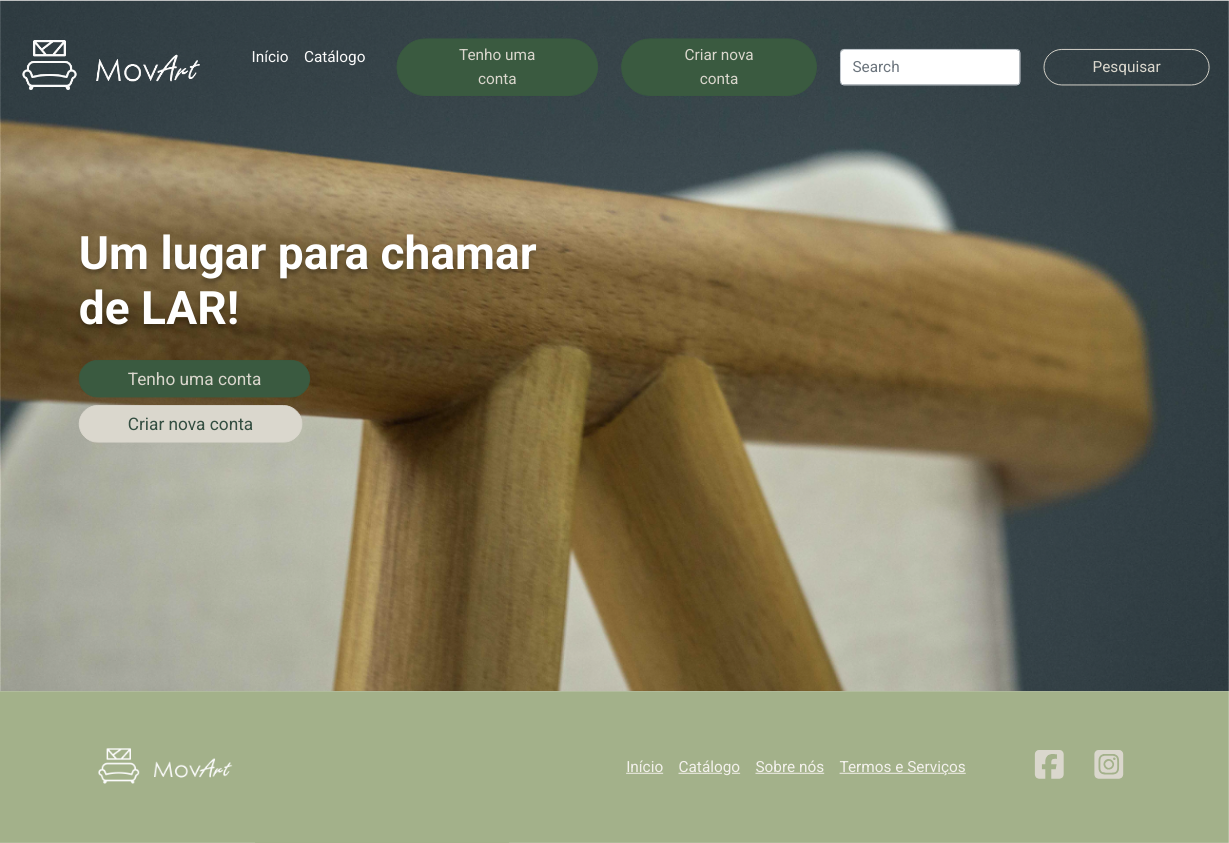
Repository: telesbp/Projeto-4-e-Projeto-5
Page: / (app in front-end/)
These files come from the project's save history. The page is drawn as it stood at one moment and after the next save; the edit follows.
The browser window is 1280 px wide. The pictures show the whole page, at 96% of full size.
The project was rebuilt for these pictures with package versions that can differ from the ones it lists, and the page was loaded fresh each time.

Above is the page before, as saved 2022-07-19 19:17:12.

### front-end/public/index.html
<!DOCTYPE html>
<html lang="pt-BR">
  <head>
    <meta charset="utf-8" />
    <link rel="icon" href="%PUBLIC_URL%/favicon.ico" />
    <meta name="viewport" content="width=device-width, initial-scale=1" />
    <meta name="theme-color" content="#000000" />
    <meta
      name="description"
      content="Seu negócio automatizado!"
    />
    <link rel="apple-touch-icon" href="%PUBLIC_URL%/logo192.png" />
    <!--
      manifest.json provides metadata used when your web app is installed on a
      user's mobile device or desktop. See https://developers.google.com/web/fundamentals/web-app-manifest/
    -->
    <link rel="manifest" href="%PUBLIC_URL%/manifest.json" />
    <!--
      Notice the use of %PUBLIC_URL% in the tags above.
      It will be replaced with the URL of the `public` folder during the build.
      Only files inside the `public` folder can be referenced from the HTML.

      Unlike "/favicon.ico" or "favicon.ico", "%PUBLIC_URL%/favicon.ico" will
      work correctly both with client-side routing and a non-root public URL.
      Learn how to configure a non-root public URL by running `npm run build`.
    -->
    <title>Stagio</title>

    <link rel="preconnect" href="https://fonts.googleapis.com">
    <link rel="preconnect" href="https://fonts.gstatic.com" crossorigin>
    <link href="https://fonts.googleapis.com/css2?family=Roboto:wght@400;700&display=swap" rel="stylesheet">
  </head>
  <body>
    <noscript>You need to enable JavaScript to run this app.</noscript>
    <div id="root"></div>
    <!--
      This HTML file is a template.
      If you open it directly in the browser, you will see an empty page.

      You can add webfonts, meta tags, or analytics to this file.
      The build step will place the bundled scripts into the <body> tag.

      To begin the development, run `npm start` or `yarn start`.
      To create a production bundle, use `npm run build` or `yarn build`.
    -->
  </body>
</html>

### front-end/src/index.tsx
import React from 'react';
import ReactDOM from 'react-dom/client';
import App from './App';
import 'bootstrap/dist/css/bootstrap.min.css';
import { BrowserRouter } from 'react-router-dom';
import 'react-toastify/dist/ReactToastify.css';
import { ToastContainer } from 'react-toastify';
import { GlobalStyle } from './assets/css/global';

const root = ReactDOM.createRoot(
  document.getElementById('root') as HTMLElement
);
root.render(
  <React.StrictMode>
    <BrowserRouter>
    <GlobalStyle/>
      <App />
      <ToastContainer/>
    </BrowserRouter>
  </React.StrictMode>
);

### front-end/src/App.tsx
import { HomeView } from "./views/Home";

function App() {
  return (
    <HomeView/>
  );
}

export default App;

### front-end/src/assets/css/global.ts
import { createGlobalStyle } from "styled-components";

export const GlobalStyle = createGlobalStyle`
    body{
       font-family: 'Roboto', sans-serif;
    }
`

### front-end/src/views/Home/index.tsx
import { Container } from "react-bootstrap";
import styled from "styled-components";
import bgSite from "../../assets/img/cadeira1.png"
import { CustomButton } from "../../components/CustomButton";
import { Layout } from "../../components/Layout";

export function HomeView(){
    return(
        <Layout startTransparent>
            <Banner className="vh-100">
                <Container className="h-100 d-flex flex-column justify-content-center align-items-center align-items-lg-start">
                    <Title className="text-center text-white text-lg-start mt-auto mt-lg-0 ">Um lugar para chamar de LAR!</Title>
                    <CustomButton size="lg" to="login" variant="primary" className="mt-auto mt-lg-3 mb-2">Tenho uma conta</CustomButton>
                    <CustomButton size="lg" to="cadastro" variant="outline-primary" className="mb-4">Criar nova conta</CustomButton>
                </Container>
            </Banner>
        </Layout>
    )
}

const Banner = styled.div`
    background: url(${bgSite}) no-repeat center center;
    background-size: cover;
`
const Title = styled.h1`
    font-size: 2.25rem;
    font-weight: bold;
    text-shadow: 0 4px 4px rgba(0, 0, 0, 0.25);
    @media (min-width: 992px){
        font-size: 3rem;
        max-width: 500px;
    }
`

### front-end/src/components/CustomButton/index.tsx
import { Button, ButtonProps, Spinner } from "react-bootstrap";
import { LinkContainer } from "react-router-bootstrap";
import styled from "styled-components";

type Props = ButtonProps & {
    loading?: boolean
    to?: string
}

export function CustomButton({children, loading, to, ...otherProps}: Props) {
    const button = (
        <ButtonStyled {...otherProps}>
            {loading && (
                <Spinner animation="border" role="status" size="sm" className="me-2">
                    <span className="visually-hidden">Carregando...</span>
                </Spinner>
            )}
            {children}
        </ButtonStyled>
    )
    if (to){
        return(
            <LinkContainer to={to}>
                {button}
            </LinkContainer>
        )
    }
    return button
}
const ButtonStyled = styled(Button)`
    border-radius: 50px;
    font-weight: 500;
    padding:5px 50px 5px 50px;
    ${props => props.size ==='lg' && `
        font-size: 1.125rem;
    `}
    ${props => (props.variant === "primary" || !props.variant) && `
        background-color: #3A5A40;
        border-color: #3A5A40;
        color: #DAD7CD!important;
        &:hover {
            background-color: #344E41;
            border-color: #344E41;
        }
    `}
    ${props => (props.variant === "outline-primary" || !props.variant) && `
        background:#DAD7CD;
        border-color: #DAD7CD;
        color: #344E41;
        &:hover {
            background-color: #344E41;
            border-color: #344E41;
            color: #DAD7CD;
        }
    `}
    ${props => (props.variant === "outline-secundary" || !props.variant) && `
        border-color: #DAD7CD;
        color: #DAD7CD;
        &:hover {
            background-color: #344E41;
            border-color: #344E41;
            color: #DAD7CD;
        }
    `}
`

### front-end/src/components/Layout/index.tsx
import styled from "styled-components"
import { Footer } from "./Footer"
import { Header } from "./Header"

type Props = {
    children: React.ReactNode
    startTransparent?: boolean
}
export const Layout: React.FC<Props> = ({children, startTransparent}) => {
    return (
        <>
            <Header startTransparent={startTransparent}/>
            <MainStyled>
                {children}
            </MainStyled>
            <Footer/>
        </>
    )
}
const MainStyled = styled.main`
`

### front-end/src/components/Layout/Footer.tsx
import { faFacebookSquare, faInstagramSquare } from "@fortawesome/free-brands-svg-icons";
import { FontAwesomeIcon } from "@fortawesome/react-fontawesome";
import { Container, Nav } from "react-bootstrap";
import { Link } from "react-router-dom";
import styled from "styled-components";
import LogoBrand from "../../assets/img/logobranca.png"

export function Footer () {
    return(
        <FooterStyled>
            <Container className="d-flex p-4 justify-content-center align-items-center">
                <Link to="/" className="me-lg-auto" >
                    <img src={LogoBrand} alt="MovArt" width={170} height={80}/>
                </Link>
                <Nav className="flex-column flex-lg-row mx-5">
                    <NavLinkTitleStyled className="mx-lg-2" as={Link} to="/">Início</NavLinkTitleStyled >
                    <NavLinkTitleStyled className="mx-lg-2"  as={Link} to="/">Catálogo</NavLinkTitleStyled >
                    <NavLinkTitleStyled className="mx-lg-2"  as={Link} to="/">Sobre nós</NavLinkTitleStyled >
                    <NavLinkTitleStyled className="mx-lg-2"  as={Link} to="/">Termos e Serviços</NavLinkTitleStyled >
                </Nav>
                <Nav>
                    <Nav.Link href="http://facebook.com" target="_blank">
                        <FontAwesomeIconStyle icon={faFacebookSquare} />
                    </Nav.Link>
                    <Nav.Link href="http://instagram.com" target="_blank">
                        <FontAwesomeIconStyle icon={faInstagramSquare} />
                    </Nav.Link>
                </Nav>
            </Container>
        </FooterStyled>
    )
}

const FooterStyled = styled.footer`
    background: #A3B18A;
    padding: 30px 0 40px;
    @media (min-width: 992px){
        padding: 15px 0;
    }
`
const NavLinkTitleStyled = styled(Nav.Link)`
    color:#f3f1ec;
    &:hover{
        color:#344E41;
    }
`
const FontAwesomeIconStyle = styled(FontAwesomeIcon)`
    color: #DAD7CD;
    width: 30px;
    height: auto;
    &:hover{
        color:#344E41;
    }
`

### front-end/src/components/Layout/Header.tsx
import { faBarsStaggered } from "@fortawesome/free-solid-svg-icons";
import { FontAwesomeIcon } from "@fortawesome/react-fontawesome";
import { useEffect, useState } from "react";
import { Container, Form, Nav, Navbar } from "react-bootstrap";
import { Link } from "react-router-dom";
import styled from "styled-components";
import LogoBrand from "../../assets/img/logobranca.png";
import { CustomButton } from "../CustomButton";

type Props ={
  startTransparent?: boolean
}

export function Header( { startTransparent = false } : Props ) {
    const [isTransparent, setIsTransparent] = useState(startTransparent)
    useEffect(() => {
        const scrollChange = () => {
            const isLowScroll = window.scrollY < 60
            if (startTransparent && isLowScroll !== isTransparent){
            setIsTransparent(isLowScroll)
        }
        }
        window.addEventListener("scroll", scrollChange)
        return () => {
            window.removeEventListener("scroll", scrollChange)
        }
    },[isTransparent, startTransparent])
    return(
        <NavBarStyle fixed="top" expand="lg" bg={isTransparent ? undefined : "white"}>
        <Container fluid>
          <Navbar.Brand to="/" as={Link}>
            <ImageStyle src={LogoBrand} alt="MovArt" width={170} height={80}/>
          </Navbar.Brand>
          <NavBarToggleStyled aria-controls="basic-navbar-nav">
            <FontAwesomeIcon icon={faBarsStaggered}  className="text-white" size="lg" />
            </NavBarToggleStyled>
        <NavBarCollapseStyled id="basic-navbar-nav">
          <Nav className="ms-auto">
            <NavLinkStyled forwardedAs={Link} to="/" className="justify-contend-center text-center">Início</NavLinkStyled>
            <NavLinkStyled forwardedAs={Link} to="/catálogo" className="justify-contend-center text-center">Catálogo</NavLinkStyled>
            <CustomButton className="mt-2 mt-lg-0 ms-lg-4" variant="primary">Tenho uma conta</CustomButton>
            <CustomButton className="mt-2 mt-lg-0 ms-lg-4" variant="primary">Criar nova conta</CustomButton>
        </Nav>
            <Form className="d-flex">
              <Form.Control
                type="search"
                placeholder="Search"
                className="mt-2 mt-lg-0 ms-lg-4"
                aria-label="Search"
              />
              <CustomButton variant={isTransparent ? "outline-secundary" : "outline-primary" } className="mt-2 mt-lg-0 ms-lg-4 mx-2">Pesquisar</CustomButton>
            </Form>
          </NavBarCollapseStyled>
        </Container>
      </NavBarStyle>
    )
}
const NavBarStyle = styled(Navbar)`
    transition: all 0.3s linear;
    ${props => props.bg === "white" && `
        box-shadow: 0 2px 4px rgba(0, 0, 0, .25);
        background: #A3B18A!important;
    `}

`
const NavBarToggleStyled = styled(Navbar.Toggle)`
    border:none;
`

const NavBarCollapseStyled = styled(Navbar.Collapse)`
   @media (max-width: 991px) {
   background-color:#fafafa ;
    margin: 0 -12px;
    padding: 1rem 2rem;
}
`
const NavLinkStyled = styled(Nav.Link)`
    @media (min-width: 992px){
        color: #fafafa!important;
    }

`
const ImageStyle = styled.img`
    @media (min-width: 992px){
       width: 226px;
       height: auto;
    }
`

After the next save:
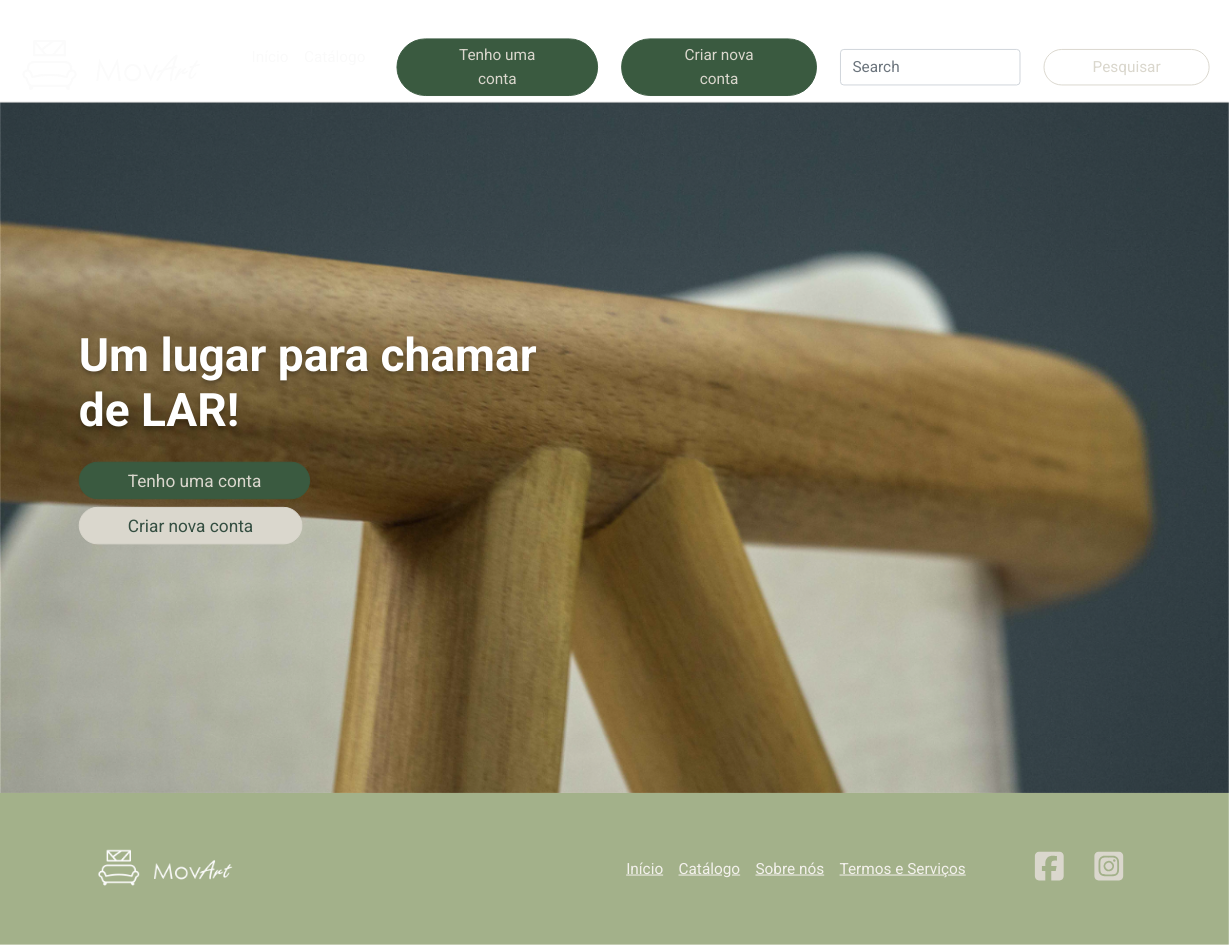
Saved 4 min 24 s later.
--- a/front-end/src/components/Layout/index.tsx
+++ b/front-end/src/components/Layout/index.tsx
@@ -6,16 +6,24 @@ type Props = {
     children: React.ReactNode
     startTransparent?: boolean
 }
+type MainProps={
+    startTransparent?: boolean
+}
+
+
 export const Layout: React.FC<Props> = ({children, startTransparent}) => {
     return (
         <>
             <Header startTransparent={startTransparent}/>
-            <MainStyled>
+            <MainStyled startTransparent={startTransparent}>
                 {children}
             </MainStyled>
             <Footer/>
         </>
     )
 }
-const MainStyled = styled.main`
+const MainStyled = styled.main<MainProps>`
+    ${props => props.startTransparent && `
+        padding-top:106px;
+    `}
 `
